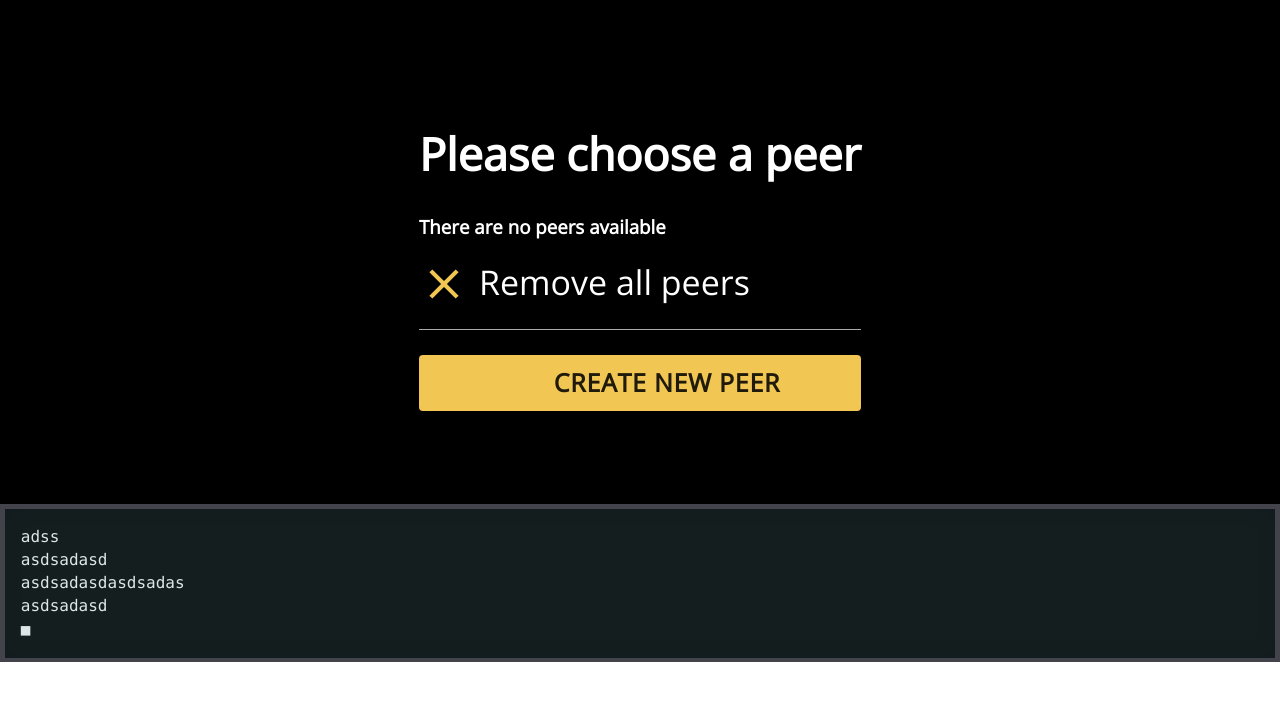
Repository: Bachdz/ASAP-Gui-Frontend
Page: /login
These files come from the project's save history. The page is drawn as it stood at one moment and after the next save; the edit follows.
The browser window is 1280 px wide. The pictures show the whole page.
The page's requests for data from a server got no answer. The project was rebuilt for these pictures with package versions that can differ from the ones it lists, and the page was loaded fresh each time. No one was signed in, and anything a server would have sent is missing. Also part of the build but not shown: src/css/loginscreen/Peer.css, src/components/fragments/Footer.js, src/components/mainscreen/subcomponents/Apps.js, src/css/mainscreen/Main.css, src/components/mainscreen/Main.js.

Above is the page before, as saved 2020-12-16 20:37:17.

### src/App.js
import React from 'react';



import { ReactComponent as Arrow } from './arrow.svg';
import Login from './components/loginscreen/Login';
import Main from './components/mainscreen/Main';
import { Link } from 'react-router-dom';
import Logo from './components/fragments/Footer';


import { BrowserRouter as Router, Route } from 'react-router-dom'

import './App.css';

function App() {
  return (
      <Router>
        <Route exact path="/" render={props => (
          <React.Fragment>
        <div className="container">

            <div className="content">
              <div id="box">
                <h1>Welcome to ASAP engine</h1>
                <Link to="/login"><Arrow id="next" /></Link>
              </div>
            </div>
          <Logo />
        </div>


          </React.Fragment>
        )} />
        <Route path="/login" component={Login} />
        <Route path="/main/user" component={Main} />

      </Router>
  );
}



export default App;

### src/components/loginscreen/Login.js
import React, { Component } from 'react';
import Peer from './subcomponents/Peer';
import CreateUser from './subcomponents/CreateUser';
import CloseIcon from '@material-ui/icons/Close';
import Alert from '@material-ui/lab/Alert';
import Snackbar from '@material-ui/core/Snackbar';
import Logo from '../fragments/Footer';
import Terminal from '../fragments/Terminal';



import '../../css/loginscreen/Login.css';
import axios from 'axios';



class Login extends Component {
    state = {
        peers: [],
        alertopen: false,
        alertmsg: '',
        alerttype: ''
    }

    componentDidMount() {
        axios.get('http://localhost:8080/api/v1/asap/peers')
            .then(res => this.setState({ peers: res.data }))
        document.getElementsByClassName('i-has-teh-code').scrollTop = 9999999;
    }

    //create User
    addUser = (userName) => {
        let url = 'http://localhost:8080/api/v1/asap/peer?name=' + userName;
        axios.post(url)
            .then(res => this.setState({ peers: [...this.state.peers, res.data] }))
    }

    //remove all users
    removeAllUser = () => {
        axios.delete('http://localhost:8080/api/v1/asap/peers')
            .then(res => {
                if (res.data === false) {
                    this.setState({ alertopen: !this.state.alertopen, alertmsg: "Couldn't delete peers", alerttype: "error" });

                } else if (res.data === true) {
                    this.setState({ alertopen: !this.state.alertopen, alertmsg: "Deleted successfully ", alerttype: "success" });
                    axios.get('http://localhost:8080/api/v1/asap/peers')
                        .then(res => this.setState({ peers: res.data }))
                }



            }


            )


    }

    handleClose = (event, reason) => {
        this.setState({ alertopen: !this.state.alertopen });
    }


    render() {
        const { alertopen, alertmsg, alerttype } = this.state;
        return (
            <div>

                <div className="background-container">
                    <div className="content">
                        <div className="login-container">
                            <Snackbar anchorOrigin={{ vertical: 'top', horizontal: 'center' }} open={alertopen} autoHideDuration={2000} onClose={this.handleClose}>
                                <Alert onClose={this.handleClose} severity={alerttype}>
                                    {alertmsg}
                                </Alert>
                            </Snackbar>
                            <h1>Please choose a peer</h1>
                            <Peer peers={this.state.peers} />

                            <div id="remove-peer">
                                <CloseIcon id="remove" onClick={this.removeAllUser} /> Remove all peers
            </div>
                            <CreateUser addUser={this.addUser} />

                        </div>
                    </div>

                </div>
                <Terminal />

            </div>

        );
    }
}


export default Login;

### src/App.css
@import url('https://fonts.googleapis.com/css?family=Open+Sans');
body {
  font-family: "Open Sans", sans-serif;

}

#box {
  text-align: center;
}

.content {
  min-height: 70vh;
  display: flex;
  align-items: center;
}

.container {
  display: flex;
  align-items: center;
  justify-content: center;
  flex-direction: column;
  background-color: #000000;
  color: #ffffff;
  height: 100vh;
  margin:0;
}

footer {
 margin-top:auto;
 width: 100vw;
}



#next {
  cursor: "pointer";
  transition: transform 330ms ease-in-out;

}
#next:hover {
  cursor: pointer;
  -ms-transform: scale(1.2); /* IE 9 */
  -webkit-transform: scale(1.2); /* Safari 3-8 */
  transform: scale(1.2);
}
h1 {
  font-size: 45px;
  text-align: center;
  animation: fadein 3s;
  -moz-animation: fadein 3s; /* Firefox */
  -webkit-animation: fadein 3s; /* Safari and Chrome */
  -o-animation: fadein 3s; /* Opera */
}
@keyframes fadein {
  from {
      opacity:0;
  }
  to {
      opacity:1;
  }
}
@-moz-keyframes fadein { /* Firefox */
  from {
      opacity:0;
  }
  to {
      opacity:1;
  }
}
@-webkit-keyframes fadein { /* Safari and Chrome */
  from {
      opacity:0;
  }
  to {
      opacity:1;
  }
}
@-o-keyframes fadein { /* Opera */
  from {
      opacity:0;
  }
  to {
      opacity: 1;
  }
}

### src/components/loginscreen/subcomponents/Peer.js
import React from 'react';
import '../../../css/loginscreen/Peer.css';
import AccountCircleIcon from '@material-ui/icons/AccountCircle';
import ArrowForwardIcon from '@material-ui/icons/ArrowForward';
// import { Redirect } from 'react-router-dom';
import { Link } from 'react-router-dom';

function Peer (props) {

        if (props.peers.length > 0) {
            return (
                props.peers.map((peer) => (
                    <div className="peer-container">
                        <AccountCircleIcon id="icon" />
                        {peer.name}
                        <Link to={{
                            pathname: '/main/user',
                            state: {
                                peer: peer.name
                            }
                        }}>
                            <ArrowForwardIcon id="forward" />
                        </Link>
                    </div>

                ))

            );


        } else {
            return (
                <h3>There are no peers available</h3>
            )
        }
    }





export default Peer;

### src/components/loginscreen/subcomponents/CreateUser.js
import React, {Component} from 'react';
import Button from '@material-ui/core/Button';
import AddIcon from '@material-ui/icons/Add';
import TextField from '@material-ui/core/TextField';
import Dialog from '@material-ui/core/Dialog';
import DialogActions from '@material-ui/core/DialogActions';
import DialogContent from '@material-ui/core/DialogContent';
import '../../../css/loginscreen/CreateUser.css';
import DialogContentText from '@material-ui/core/DialogContentText';

export class CreateUser extends Component {
    state = {
        open: false,
        error: false,
        username: ''
    }

    handleClickOpen = () => {
        this.setState({
            open: !this.state.open
        })
      };

    handleClose = (e) => {
        this.setState({
            open: !this.state.open
        })
    };

    onChange = (e) => this.setState({ [e.target.name]: e.target.value })

    onSubmit = (e) => {
        if (this.state.username !== '') {
            this.props.addUser(this.state.username);
            this.setState({username : ''});
            this.handleClose();
        } else {
            this.setState({error: true});
        }
    }

    render() {
    const { open,error } = this.state

    return (
        <div>

            <Button startIcon={<AddIcon id="addIcon" />} id="addButton" onClick={this.handleClickOpen}>Create new peer</Button>

            <Dialog open={open} onClose={this.handleClose} aria-labelledby="form-dialog-title">
                <DialogContent id="dialog">
                    <DialogContentText id="dialog-text">
                        Please enter your name
          </DialogContentText>
                    <TextField
                       error={this.state.error}
                     required
                        autoFocus
                        margin="dense"
                        name="username"
                        type="string"
                        label="Username"
                        helperText={error ===true  ? "username is required" : ""}
                        onChange={this.onChange}
                        fullWidth
                    />
                </DialogContent>
                <DialogActions id="dialog-action">
                    <Button onClick={this.onSubmit} id="button" color="primary">
                        Done
          </Button>
                </DialogActions>
            </Dialog>
        </div>
    );
}
}
export default CreateUser ;

### src/components/fragments/Terminal.js
import React from 'react'
import '../../css/Terminal.css';



export default function Terminal() {
    return (
        <div className="console">
            <pre className="i-has-teh-code" >
                adss<br />
                asdsadasd<br />
                asdsadasdasdsadas<br />
                asdsadasd<br />

            </pre>

        </div>
    )
}

### src/css/loginscreen/Login.css
@import url('https://fonts.googleapis.com/css?family=Open+Sans');




.content {
    display: flex;
    align-items: center;
    justify-content: center;
    flex-direction: column;
    background-color: #000000;
    color: #ffffff;
    margin:0;
  }

footer {
   margin-top:auto;
   width: 100vw;
  }




#remove {
    cursor: pointer;
    color: #F1C653;
    float: left;
    font-size: 50px;
    margin-right: 10px;
}

#remove:hover {
    cursor: pointer;
    -ms-transform: scale(1.2); /* IE 9 */
    -webkit-transform: scale(1.2); /* Safari 3-8 */
    transform: scale(1.2);
  }

#remove-peer {
    width: 100%;
    border-bottom: 1px solid #aaa;
    padding-bottom:20px;
    margin-top: 20px;
    display: flex;
    font-size: 34px;
    animation: fadein 3.5s;
    -moz-animation: fadein 3.5s; /* Firefox */
    -webkit-animation: fadein 3.5s; /* Safari and Chrome */
    -o-animation: fadein 3.5s; /* Opera */
}

### src/css/loginscreen/CreateUser.css
@import url('https://fonts.googleapis.com/css?family=Open+Sans');
* {
    font-family:"Open Sans", sans-serif ;
}
#addButton{
    z-index: 99;
    margin-top:25px;
    background-color: #F1C653;
    width: 100%;
    font-size:25px;
    font-weight: bolder;
}

#addIcon {
    font-size: 26px;
}
#dialog {

}
#dialog-text {
    font-family:"Open Sans", sans-serif ;
    color: #000000;

    text-align: center;
}
#button {
    background-color: #F1C653;
    color: #000000;
    width: 50%;
    font-size:15px;
    font-weight: bolder;
}

### src/css/Terminal.css
@charset "UTF-8";
@-webkit-keyframes waiting {
  0% {
    opacity: 0;
  }
  35%, 75% {
    opacity: 1;
  }
  100% {
    opacity: 0;
  }
}
@keyframes waiting {
  0% {
    opacity: 0;
  }
  35%, 75% {
    opacity: 1;
  }
  100% {
    opacity: 0;
  }
}
@-webkit-keyframes joltBG {
  0% {
    opacity: 0.3;
  }
  22%, 26% {
    opacity: 0.2;
  }
  27%, 45% {
    opacity: 0.4;
  }
  46%, 76% {
    opacity: 0.5;
  }
  76%, 78% {
    opacity: 0.05;
  }
  78% {
    opacity: 0.3;
  }
  100% {
    opacity: 0.3;
  }
}
@keyframes joltBG {
  0% {
    opacity: 0.3;
  }
  22%, 26% {
    opacity: 0.2;
  }
  27%, 45% {
    opacity: 0.4;
  }
  46%, 76% {
    opacity: 0.5;
  }
  76%, 78% {
    opacity: 0.05;
  }
  78% {
    opacity: 0.3;
  }
  100% {
    opacity: 0.3;
  }
}
.i-has-teh-code {
  height: 30%;
  white-space: pre-wrap;
  background: #141e1e;
  color: #dce6e6;
  margin: 0 auto;
  font-family: Monaco, Consolas, "Lucida Console", monospace;
  padding: 1em 1em 2.5em 1em;
  line-height: 1.45;
  position: relative;
  overflow-x: scroll;
  overflow-y: scroll;
}
.i-has-teh-code::-moz-selection {
  color: #141e1e;
  background: #dce6e6;
}
.i-has-teh-code::selection {
  color: #141e1e;
  background: #dce6e6;
}
.i-has-teh-code:before {
  position: absolute;
  pointer-events: none;
  top: 0;
  right: 0;
  bottom: 0;
  left: 0;
  background-color: rgba(50, 50, 80, 0.6);
  content: '';
  z-index: 100;
  box-shadow: inset 0px 0px 20px 0px rgba(0, 0, 60, 0.3);
  background: url('data:[embedded picture, 484 characters]');
  -webkit-animation-name: joltBG;
          animation-name: joltBG;
  -webkit-animation-duration: 10000ms;
          animation-duration: 10000ms;
  -webkit-animation-iteration-count: infinite;
          animation-iteration-count: infinite;
  -webkit-animation-timing-function: linear;
          animation-timing-function: linear;
}
.i-has-teh-code:after {
  position: absolute;
  pointer-events: none;
  bottom: 0em;
  left: 0em;
  content: '■';
  padding: 1em;
  -webkit-animation-name: waiting;
          animation-name: waiting;
  -webkit-animation-duration: 1200ms;
          animation-duration: 1200ms;
  -webkit-animation-iteration-count: infinite;
          animation-iteration-count: infinite;
  -webkit-animation-timing-function: ease-in-out;
          animation-timing-function: ease-in-out;
}

.console {
  background: rgba(20, 20, 30, 0.8);
  padding: 0.3em;
}

### src/css/mainscreen/Apps.css

#addIcon, #removeIcon {
    float:right;
    color: #F1C653;
    font-size: 30px;
    margin-right:20px;
}
.title {
    display:flex;
    align-items: center;
}


.parentList {
    margin-left:10px;
}

.main-items {
    font-size: 30px;
}

#apps {
    padding-left:50px;
}

.input {
    font-style: italic;
    width: 100%;
    border:none;
    outline: none;
    border-bottom: 2px solid #808080;
    background: #000000;
    color: #ffffff;
    width: 70%;
    margin-left:45px;
    font-size:20px;
}

.add {
    width: 100%;
    display:flex;
    color: #F1C653;
}

#checkicon {
    float: right;
}

#checkicon-inactive {
    color: #808080;
}

Loaded but not shown: public/index.html (common file); src/index.js (common file); src/index.css (common file); src/reportWebVitals.js (common file)

After the next save:
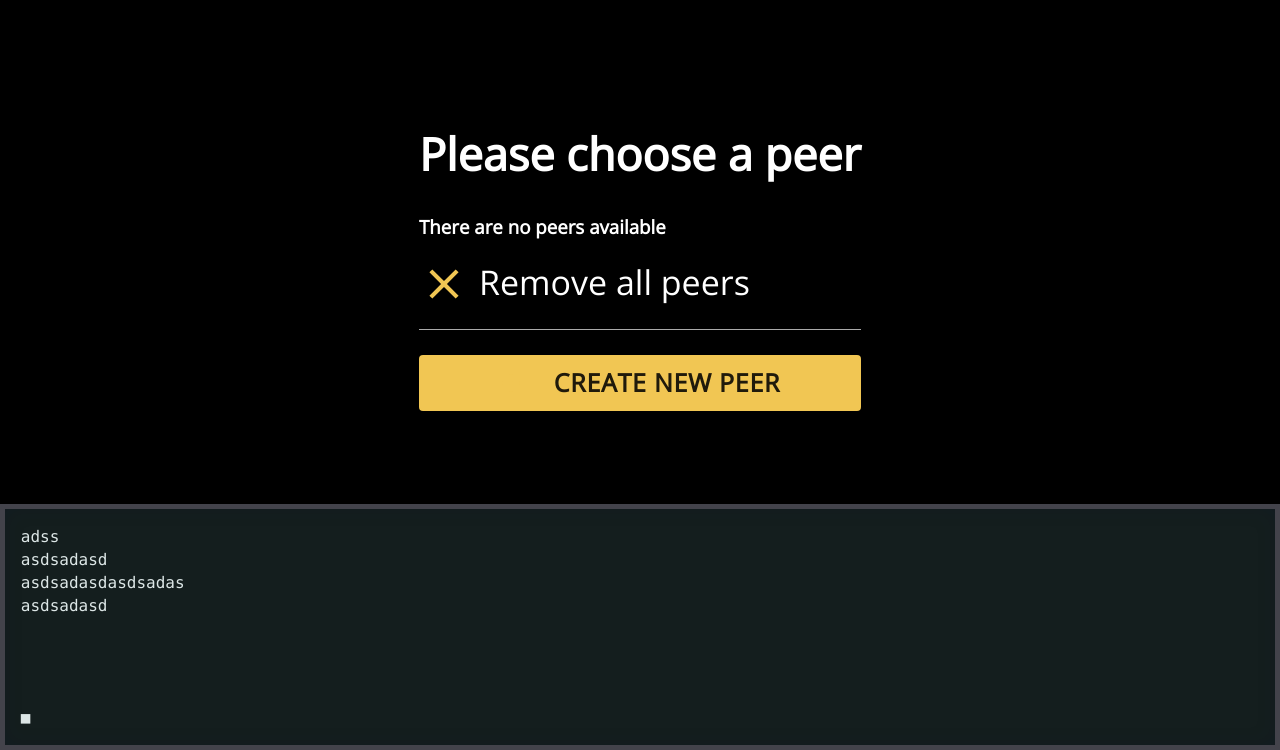
Saved 85 s later.
--- a/src/css/Terminal.css
+++ b/src/css/Terminal.css
@@ -68,7 +68,7 @@
   }
 }
 .i-has-teh-code {
-  height: 30%;
+  height: 25vh;
   white-space: pre-wrap;
   background: #141e1e;
   color: #dce6e6;
